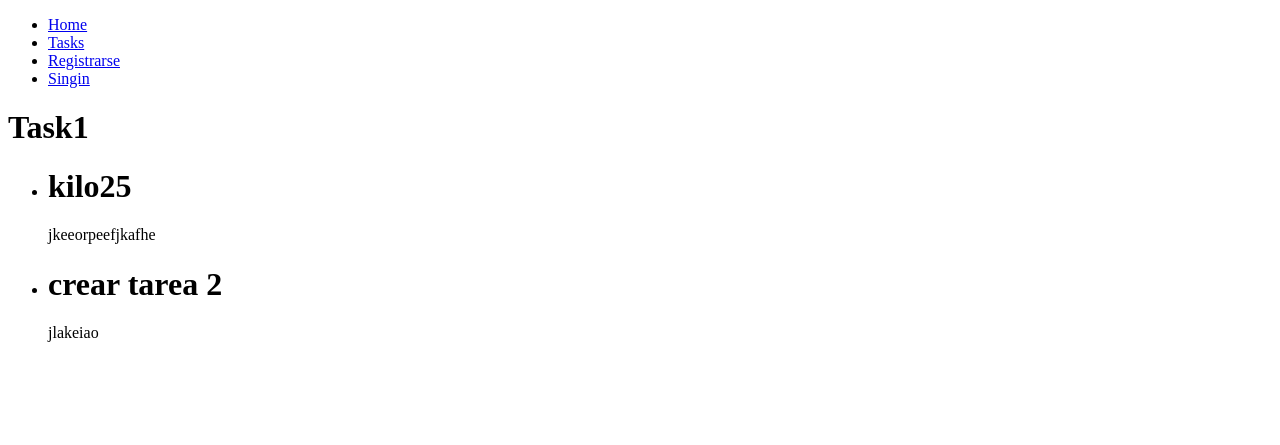
Repository: fercho9922/django-auth-crud
Page: http://localhost/tasks/
An editor plug-in stored every save of this project. The page is shown before and after the next save, followed by the edit.
The browser window is 1280 px wide. The pictures show the whole page.
The page is served by the project's application, run on Django 5.2 (manage.py). Other server files are loaded and not shown. The page reads the database file committed with the project.

Above is the page before, as saved 2024-04-11 10:23:42.

### tasks/templates/tasks.html
{% extends 'base.html' %}

{% block content %}

<h1>Task1</h1>

<ul>
    {% for task in tasks %}
    <li>
        <h1>{{task.title}}</h1>
        <p>{{task.description}}</p>
        <p>{{task.author.username}}</p>
    </li>
    {% endfor %}
</ul>



{% endblock %}

### tasks/templates/base.html
<!DOCTYPE html>
<html lang="en">
<head>
    <meta charset="UTF-8">
    <meta name="viewport" content="width=device-width, initial-scale=1.0">
    <title>Django crud application</title>
</head>
<body>
    <nav>
        <ul>
            <li>
                <a href="/">Home</a>
            </li>
            <li>
                <a href="/tasks">Tasks</a>
            </li>
            {% if user.is_authenticated %}
            <li>
                <a href="/logout">logout</a>
            </li>
            {% else %}
                <li>
                    <a href="/signup">Registrarse</a>
                </li>
                <li>
                    <a href="/signin">Singin</a>
                </li>
            {% endif %}
        </ul>
    </nav>
    {% block content %}
    {% endblock %}
</body>
</html>

### tasks/models.py
from django.db import models
from django.contrib.auth.models import User

# Create your models here.
class task(models.Model):
    title=models.CharField(max_length=100)
    description=models.TextField(blank=True)
    created=models.DateTimeField(auto_now_add=True)
    datecompleted=models.DateTimeField(null=True)
    important=models.BooleanField(default=False)
    user=models.ForeignKey(User, on_delete=models.CASCADE)

    def __str__(self):
        return self.title

### tasks/views.py
from django.shortcuts import render, redirect
from django.http import HttpResponse
from django.contrib.auth.forms import UserCreationForm, AuthenticationForm
from django.contrib.auth import login, logout, authenticate
from django.db import IntegrityError
from django.contrib.auth.models import User
from .forms import TaskForm
from .forms import task
# Create your views here.

def home(request):
    return render(request, 'home.html')


def signup(request):

    if request.method == 'GET':
        print('Enviando formulario')
        return render(request, 'signup.html',{
            'form':UserCreationForm
        })
    else:
        if request.POST['password1']==request.POST['password2']:
            #Registrar usuario
            try:
                user= User.objects.create_user(username=request.POST['username'],password=request.POST['password1'])
                user.save()
                login(request, user)
                return redirect('tasks')

            except IntegrityError:
                return render(request, 'signup.html', {
                'form':UserCreationForm,
                "error": 'USername already exist'
                })

        return render(request, 'signup.html', {
                'form':UserCreationForm,
                "error": 'Password do not match'
                })
        print(request.POST)
        print('Obteniendo datos')


def create_task(request):

    if request.method == 'GET':
        return render(request, 'create_task.html',{
        'form':TaskForm
    })
    else:
        try:
            form=TaskForm(request.POST)
            new_task=form.save(commit=False)
            new_task.user=request.user
            new_task.save()
            return redirect('tasks')
        except ValueError:
            return render (request, 'create_task.html',{
            'form': TaskForm,
            'error': 'please provide valida data'
            })







def tasks(request):
    tasks=task.objects.all()
    return render(request, 'tasks.html',{'tasks': tasks})

def signout(request):
    logout(request)
    return redirect('home')

def signin(request):
   if request.method == 'GET':
    return render(request, 'signin.html',{
    'form': AuthenticationForm

    })
   else:
        user = authenticate(request, username=request.POST['username'], password=request.POST['password'])
        if user is None:
            print(request.POST)
            return render(request, 'signin.html', {
            'form': AuthenticationForm,
            'error': 'Username or password is incorrect'
            })
        else:
            login(request, user)
            return redirect('tasks')

### djangocrud/urls.py
"""
URL configuration for djangocrud project.

The `urlpatterns` list routes URLs to views. For more information please see:
    https://docs.djangoproject.com/en/5.0/topics/http/urls/
Examples:
Function views
    1. Add an import:  from my_app import views
    2. Add a URL to urlpatterns:  path('', views.home, name='home')
Class-based views
    1. Add an import:  from other_app.views import Home
    2. Add a URL to urlpatterns:  path('', Home.as_view(), name='home')
Including another URLconf
    1. Import the include() function: from django.urls import include, path
    2. Add a URL to urlpatterns:  path('blog/', include('blog.urls'))
"""
from django.contrib import admin
from django.urls import path
from tasks import views

urlpatterns = [
    path('admin/', admin.site.urls),
    path('',views.home, name='home'),
    path('signup/',views.signup, name='signup'),
    path('tasks/',views.tasks, name='tasks'),
    path('tasks/create',views.create_task, name='create_task'),
    path('logout/',views.signout, name='logout'),
    path('signin/',views.signin, name='signini'),

]

### db.sqlite3 (the tables this page reads, as SQL)
CREATE TABLE "tasks_task" ("id" integer NOT NULL PRIMARY KEY AUTOINCREMENT, "title" varchar(100) NOT NULL, "description" text NOT NULL, "created" datetime NOT NULL, "datecompleted" datetime NULL, "important" bool NOT NULL, "user_id" integer NOT NULL REFERENCES "auth_user" ("id") DEFERRABLE INITIALLY DEFERRED);
INSERT INTO "tasks_task" VALUES
(9, 'kilo25', 'jkeeorpeefjkafhe', '2024-04-12 18:00:57.282555', NULL, 0, 9),
(12, 'crear tarea 2', 'jlakeiao', '2024-04-15 18:09:21.291021', NULL, 0, 9);

After the next save:
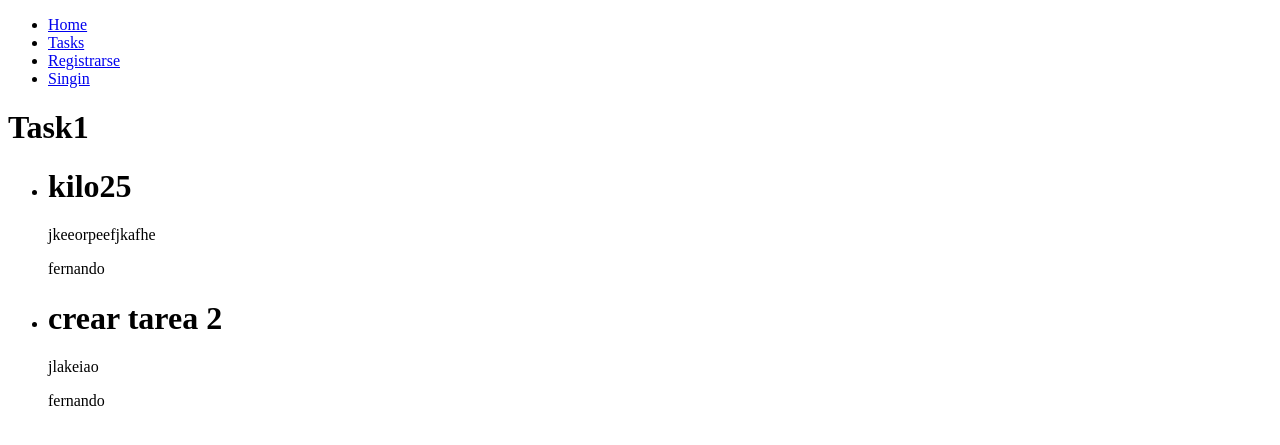
Saved 23 s later.
--- a/tasks/templates/tasks.html
+++ b/tasks/templates/tasks.html
@@ -9,7 +9,7 @@
     <li>
         <h1>{{task.title}}</h1>
         <p>{{task.description}}</p>
-        <p>{{task.author.username}}</p>
+        <p>{{task.user.username}}</p>
     </li>
     {% endfor %}
 </ul>
